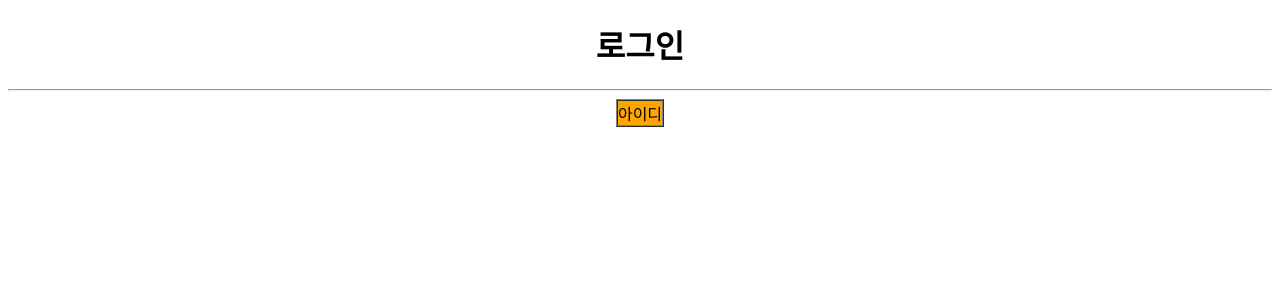
Repository: kong980/EclipseWork
Page: ServletTest3/src/main/webapp/Index.html
An editor plug-in stored every save of this project. The page is shown before and after the next save, followed by the edit.
The browser window is 1280 px wide. The pictures show the whole page.

Above is the page before, as saved 2023-09-14 03:09:17.

### ServletTest3/src/main/webapp/Index.html
<!DOCTYPE html>
<html>
<head>
<meta charset="UTF-8">
<title>로그인</title>
</head>
<body>
	<center>
		<h1>로그인</h1>
		<hr>
		<form action="#" method="post">
			<table border="1" cellpadding="0" cellspacing="0">
				<tr>
					<td bgcolor="orange">아이디</td>
				</tr>
			</table>
		</form>
	</center>
</body>
</html>

After the next save:
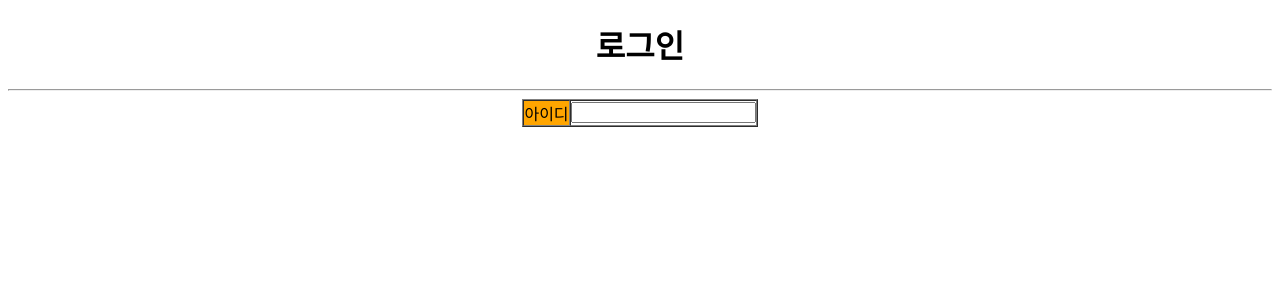
Saved 34 s later.
--- a/ServletTest3/src/main/webapp/Index.html
+++ b/ServletTest3/src/main/webapp/Index.html
@@ -12,6 +12,7 @@
 			<table border="1" cellpadding="0" cellspacing="0">
 				<tr>
 					<td bgcolor="orange">아이디</td>
+					<td><input type="text" name="id"/></td>
 				</tr>
 			</table>
 		</form>
